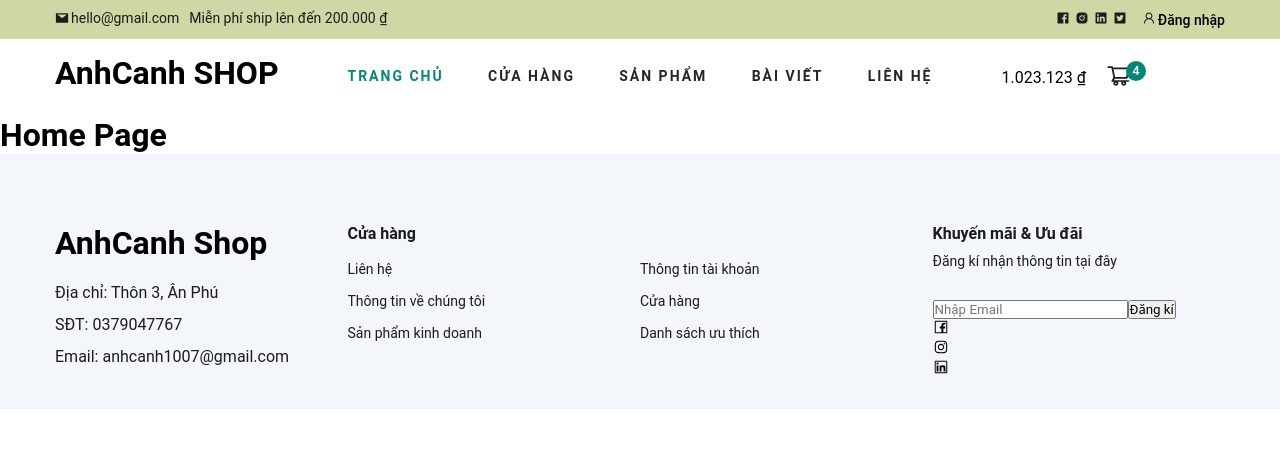
Repository: anhcanh1007/show_product
Page: /
The author's editor kept a copy of each file at every save. The page is drawn from the files as they stood at one save, then again after a run of saves.
The browser window is 1280 px wide. The pictures show the whole page.
The project was rebuilt for these pictures with package versions that can differ from the ones it lists, and the page was loaded fresh each time. Imported but missing from the stored project, and not drawn on this page: src/pages/user/profilePage.

Above is the page before, as saved 2024-01-26 23:16:12.

### src/index.js
import React from "react";
import ReactDOM from "react-dom/client";
import { BrowserRouter } from "react-router-dom";
import RouterCustom from "./router";
import "./style/style.scss";

const root = ReactDOM.createRoot(document.getElementById("root"));
root.render(
  <BrowserRouter>
    <RouterCustom />
  </BrowserRouter>
);

// If you want to start measuring performance in your app, pass a function
// to log results (for example: reportWebVitals(console.log))
// or send to an analytics endpoint. Learn more: https://bit.ly/CRA-vitals

### src/router.js
import { ROUTERS } from "./utils/router";
import HomePage from "./pages/user/homePage";
import ProfilePage from "./pages/user/profilePage";
import { Route, Routes } from "react-router-dom";
import MasterLayout from "./pages/user/theme/masterLayout";

const renderUserRouter = () => {
  const userRouters = [
    {
      path: ROUTERS.USER.HOME,
      component: <HomePage />,
    },
    {
      path: ROUTERS.USER.PROFILE,
      component: <ProfilePage />,
    },
  ];

  return (
    <MasterLayout>
      <Routes>
        {userRouters.map((item, key) => (
          <Route key={key} path={item.path} element={item.component} />
        ))}
      </Routes>
    </MasterLayout>
  );
};

const RouterCustom = () => {
  return renderUserRouter();
};

export default RouterCustom;

### src/style/style.scss
@import './pages/all';
@import './pages/responsive';

### src/utils/router.js
export const ROUTERS = {
  USER: {
    HOME: "",
    PROFILE: "thong-tin-ca-nhan",
  },
};

### src/pages/user/homePage/index.js
import { memo } from "react";

const HomePage = () => {
  return <h1>Home Page</h1>;
};

export default memo(HomePage);

### src/pages/user/theme/masterLayout/index.js
import { memo } from "react";
import Header from "../header";
import Footer from "../footer";

const MasterLayout = ({ children, ...props }) => {
  return (
    <div {...props}>
      <Header />
      {children}
      <Footer />
    </div>
  );
};

export default memo(MasterLayout);

### src/style/pages/_all.scss
@use "sass:map";
@import './theme';
@import './responsive';

html, body {
    margin: 0;
}

* {
    font-family: Roboto;
    padding: 0;
    margin: 0;
}

.container {
    max-width: 1170px;
    width: 100%;
    padding-left: 15px;
    padding-right: 15px;
    // background: map.get($theme-colors, "main");
    margin: auto;
}

.row {
    display: flex;
    flex-wrap: wrap;
}

.col-6 {
    flex: 0 0 50%;
    max-width: 50%;
}

.col-lg-3 {
    flex: 0 0 25%;
    max-width: 25%;
}

.col-lg-6 {
    flex: 0 0 50%;
    max-width: 50%;
}

@include Responsive($DESTOP) {
    .col-xl-3 {
        flex: 0 0 25%;
        max-width: 25%;
    }
    .col-xl-6 {
        flex: 0 0 50%;
        max-width: 50%;
    }
}

@include Responsive($MEDIUM_DEVICE) {
    .col-lg-3 {
        flex: 0 0 25%;
        max-width: 25%;
        background: red;
    }
}

### src/style/pages/_theme.scss
$theme-colors : (
    "main" : #008874,
    "normal_text": #1c1c1c,
    "bold_text": #252525,
)

### src/style/pages/_responsive.scss
$DESTOP: "DESTOP";
$MEDIUM_DEVICE: "MEDIUM_DEVICE";
$TABLE_DEVICE: "TABLE_DEVICE";
$WIDE_MOBILE: "WIDE_MOBILE";
$SMALL_DEVICES: "SMALL_DEVICES";

@mixin Responsive($canvas) {
    @if $canvas == $DESTOP {
        @media only screen and (min-width: 1200px){
            @content;
        }
    } @else if $canvas == $MEDIUM_DEVICE {
        @media only screen and (min-width: 992px) and (max-width: 1199px){
            @content;
        }
    } @else if $canvas == $TABLE_DEVICE {
        @media only screen and (min-width: 768px) and (max-width: 991px){
            @content;
        }
    } @else if $canvas == $WIDE_MOBILE {
        @media only screen and (max-width: 767px){
            @content;
        }
    } @else if $canvas == $MEDIUM_DEVICE {
        @media only screen and (max-width: 575px){
            @content;
        }
    }
}

### src/pages/user/theme/header/index.js
import { memo, useState } from "react";
import {
  AiFillFacebook,
  AiFillInstagram,
  AiFillLinkedin,
  AiFillMail,
  AiFillTwitterSquare,
  AiOutlineShoppingCart,
  AiOutlineUser,
} from "react-icons/ai";
import "./style.scss";
import { Link } from "react-router-dom";
import { formater } from "utils/formater";
import { ROUTERS } from "utils/router";

const Header = () => {
  const [menus, setMenus] = useState([
    {
      name: "Trang chủ",
      path: ROUTERS.USER.HOME,
    },
    {
      name: "Cửa hàng",
      path: ROUTERS.USER.HOME,
    },
    {
      name: "Sản phẩm",
      path: "",
      isShowSubmenu: false,
      child: [
        {
          name: "Thịt",
          path: "",
        },
        {
          name: "Rau củ",
          path: "",
        },
        {
          name: "Thức ăn nhanh",
          path: "",
        },
      ],
    },
    {
      name: "Bài viết",
      path: ROUTERS.USER.HOME,
    },
    {
      name: "Liên hệ",
      path: ROUTERS.USER.HOME,
    },
  ]);
  return (
    <>
      <div className="header__top">
        <div className="container">
          <div className="row">
            <div className="col-6 header__top_left">
              <ul>
                <li>
                  <AiFillMail />
                  <span>hello@gmail.com</span>
                </li>
                <li>Miễn phí ship lên đến {formater(200000)}</li>
              </ul>
            </div>
            <div className="col-6 header__top_right">
              <ul>
                <li>
                  <Link to={""}>
                    <AiFillFacebook />
                  </Link>
                </li>
                <li>
                  <Link to={""}>
                    <AiFillInstagram />
                  </Link>
                </li>
                <li>
                  <Link to={""}>
                    <AiFillLinkedin />
                  </Link>
                </li>
                <li>
                  <Link to={""}>
                    <AiFillTwitterSquare />
                  </Link>
                </li>
                <li>
                  <Link to={""}>
                    <AiOutlineUser />
                  </Link>
                  <span>Đăng nhập</span>
                </li>
              </ul>
            </div>
          </div>
        </div>
      </div>
      <div className="container">
        <div className="row">
          <div className="col-xl-3">
            <div className="header__logo">
              <h1>AnhCanh SHOP</h1>
            </div>
          </div>
          <div className="col-xl-6">
            <nav className="header__menu">
              <ul>
                {menus?.map((menu, menuKey) => (
                  <li key={menuKey} className={menuKey === 0 ? "active" : ""}>
                    <Link to={menu.path}>{menu.name}</Link>
                    {menu.child && (
                      <ul className="header__menu_dropdown">
                        {menu.child.map((childItem, childKey) => (
                          <li key={`${menuKey}-${childKey}`}>
                            <Link to={childItem.path}>{childItem.name}</Link>
                          </li>
                        ))}
                      </ul>
                    )}
                  </li>
                ))}
              </ul>
            </nav>
          </div>
          <div className="col-xl-3">
            <div className="header__cart">
              <div className="header__cart_price">
                <span>{formater(1023123)}</span>
              </div>
              <ul>
                <li>
                  <Link to="#">
                    <AiOutlineShoppingCart /> <span>4</span>
                  </Link>
                </li>
              </ul>
            </div>
          </div>
        </div>
      </div>
    </>
  );
};

export default memo(Header);

### src/pages/user/theme/footer/index.js
import { memo } from "react";
import "./style.scss";
import { Link } from "react-router-dom";
import {
  AiOutlineFacebook,
  AiOutlineInstagram,
  AiOutlineLinkedin,
} from "react-icons/ai";

const Footer = () => {
  return (
    <>
      <footer className="footer">
        <div className="container">
          <div className="row">
            <div className="col-lg-3">
              <div className="footer__about">
                <h1 className="footer__about_logo">AnhCanh Shop</h1>
                <ul>
                  <li>Địa chỉ: Thôn 3, Ân Phú</li>
                  <li>SĐT: 0379047767</li>
                  <li>Email: anhcanh1007@gmail.com</li>
                </ul>
              </div>
            </div>
            <div className="col-lg-6">
              <div className="footer__widget">
                <h6>Cửa hàng</h6>
                <ul>
                  <li>
                    <Link to="">Liên hệ</Link>
                  </li>
                  <li>
                    <Link to="">Thông tin về chúng tôi</Link>
                  </li>
                  <li>
                    <Link to="">Sản phẩm kinh doanh</Link>
                  </li>
                </ul>
                <ul>
                  <li>
                    <Link to="">Thông tin tài khoản</Link>
                  </li>
                  <li>
                    <Link to="">Cửa hàng</Link>
                  </li>
                  <li>
                    <Link to="">Danh sách ưu thích</Link>
                  </li>
                </ul>
              </div>
            </div>
            <div className="col-lg-3">
              <div className="footer__widget">
                <h6>Khuyến mãi & Ưu đãi</h6>
                <p>Đăng kí nhận thông tin tại đây</p>
                <form action="#">
                  <div>
                    <input type="text" placeholder="Nhập Email" />
                    <button type="submit" className="submit-button">
                      Đăng kí
                    </button>
                  </div>
                  <div>
                    <div>
                      <AiOutlineFacebook />
                    </div>
                    <div>
                      <AiOutlineInstagram />
                    </div>
                    <div>
                      <AiOutlineLinkedin />
                    </div>
                  </div>
                </form>
              </div>
            </div>
          </div>
        </div>
      </footer>
    </>
  );
};

export default memo(Footer);

### src/pages/user/theme/header/style.scss
@use "sass:map";
@import 'style/pages/_theme.scss';
.header__top{
    background-color: #CFD7A4;
}

.header__top_left {
    padding: 10px 0 10px;
    ul {
        display: flex;
        align-items: center;
        column-gap: 10px;
        list-style: none;

        li{
            font-size: 14px;
            color: map.get($theme-colors, "normal_text");
            display: flex;
            align-items: center;
            column-gap: 2px;
        }
    }
}

.header__top_right {
    display: flex;
    justify-content: flex-end;
    padding: 10px 0 10px;
    align-items: center;

    ul {
        display: flex;
        column-gap: 5px;
        list-style: none;

        li:last-child{
            margin-left: 10px;

            span {
                font-size: 14px;
                margin-left: 2px;
                font-weight: 500;
            }
        }

        a {
            font-size: 14px;
            display: inline-block;
            color: map.get($theme-colors, "normal_text");
        }
    }
}

.header__logo {
    padding: 15px 0;
}

.header__menu {
    padding: 24px 0;

    ul {
        display: flex;
        justify-content: space-between;

        li {
            list-style: none;

            a {
                text-decoration: none;
                font-size: 14px;
                color: map.get($theme-colors, 'bold_text');
                font-weight: bold;
                text-transform: uppercase;
                letter-spacing: 2px;
                transition: all 0.3s;
                padding: 5px 0;
                display: block;
            }
        }

        li:hover .header__menu_dropdown {
            opacity: 1;
            visibility: visible;
        }

        .active a{
            color: map.get($theme-colors, 'main');
        }

        .header__menu_dropdown {
            background-color: #222222;
            display: block;
            position: absolute;
            width: 180px;
            z-index: 9;
            padding: 5px 0;
            transition: all, 0.3s;
            opacity: 0;
            visibility: hidden;

            a{
                text-transform: capitalize;
                color: #ffffff;
                font-weight: 400;
                padding: 5px 15px;
            }

            :hover {
                color: map.get($theme-colors, 'main');
            }
        }
    }
}

.header__cart {
    display: flex;
    justify-content: center;
    align-items: center;
    padding: 24px 0;

    ul {
        display: flex;
        margin-right: 25px;

        li {
            list-style: none;
            position: relative;
            margin-left: 20px;

            svg {
                font-size: 25px;
                color: map.get($theme-colors, "normal_text");
            }

            span {
                color: white;
                background-color: map.get($theme-colors, "main");
                position: absolute;
                height: 20px;
                width: 20px;
                border-radius: 40px;
                display: inline-block;
                text-align: center;
                line-height: 20px;
                font-size: 13px;
                font-weight: 500;
                left: 20px;
                top: -2px;
            }
        }
    }

}

### src/utils/formater.js
export const formater = (number) => {
  return new Intl.NumberFormat("vi-VN", {
    style: "currency",
    currency: "VND",
  }).format(number);
};

### src/pages/user/theme/footer/style.scss
@use "sass:map";
@import 'style/pages/_theme.scss';

.footer {
    background: #F3F6FA;
    padding-top: 70px;
    padding-bottom: 0;
    .footer__about {
        margin-bottom: 30px;

        .footer__about_logo {
            margin-bottom: 15px;
            display: inline-block;
        }

        ul {

            li {
                list-style: none;
                color: map.get($theme-colors, 'normal_text');
                font-size: 16px;
                line-height: 32px;
            }
        }
    }

    .footer__widget {
        margin-bottom: 30px;
        overflow: hidden;

        h6 {
            color: map.get($theme-colors,'normal_text');
            margin-bottom: 10px;
            font-size: 16px;
            font-weight: 700;
        }

        ul {
            float: left;
            width: 50%;

            li {
                list-style: none;

                a {
                    color: map.get($theme-colors,'normal_text');
                    font-size: 14px;
                    line-height: 32px;
                    text-decoration: none;
                }
            }
        }

        p {
            font-size: 14px;
            color: map.get($theme-colors,'normal_text');
            margin-bottom: 30px;
        }

        form {
            pos
            input {
                width: 100%;
                font-size: 16px;
                padding-left: 20px;
                color: map.get($theme-colors,'normal_text');
                height: 46px;
                border: 1px solid #ededed;
            }
        }
    }
}

Loaded but not shown: public/index.html (common file)

After the next 7 saves:
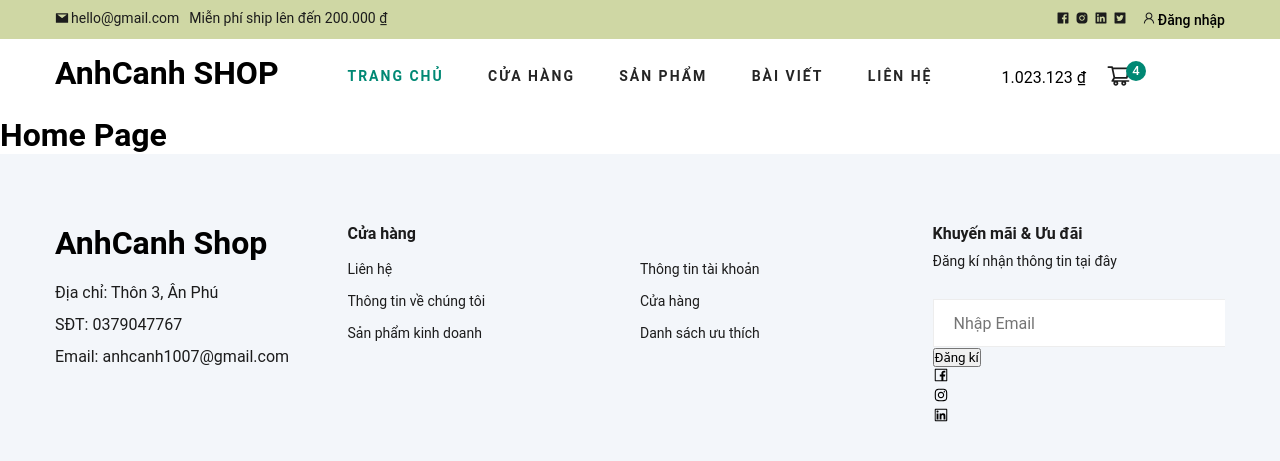
The 7 saves are shown as one change because they came seconds apart.
The last was saved 18 s later.
--- a/src/pages/user/theme/footer/style.scss
+++ b/src/pages/user/theme/footer/style.scss
@@ -58,7 +58,9 @@
         }
 
         form {
-            pos
+            position: relative;
+            margin-bottom: 30px;
+
             input {
                 width: 100%;
                 font-size: 16px;
